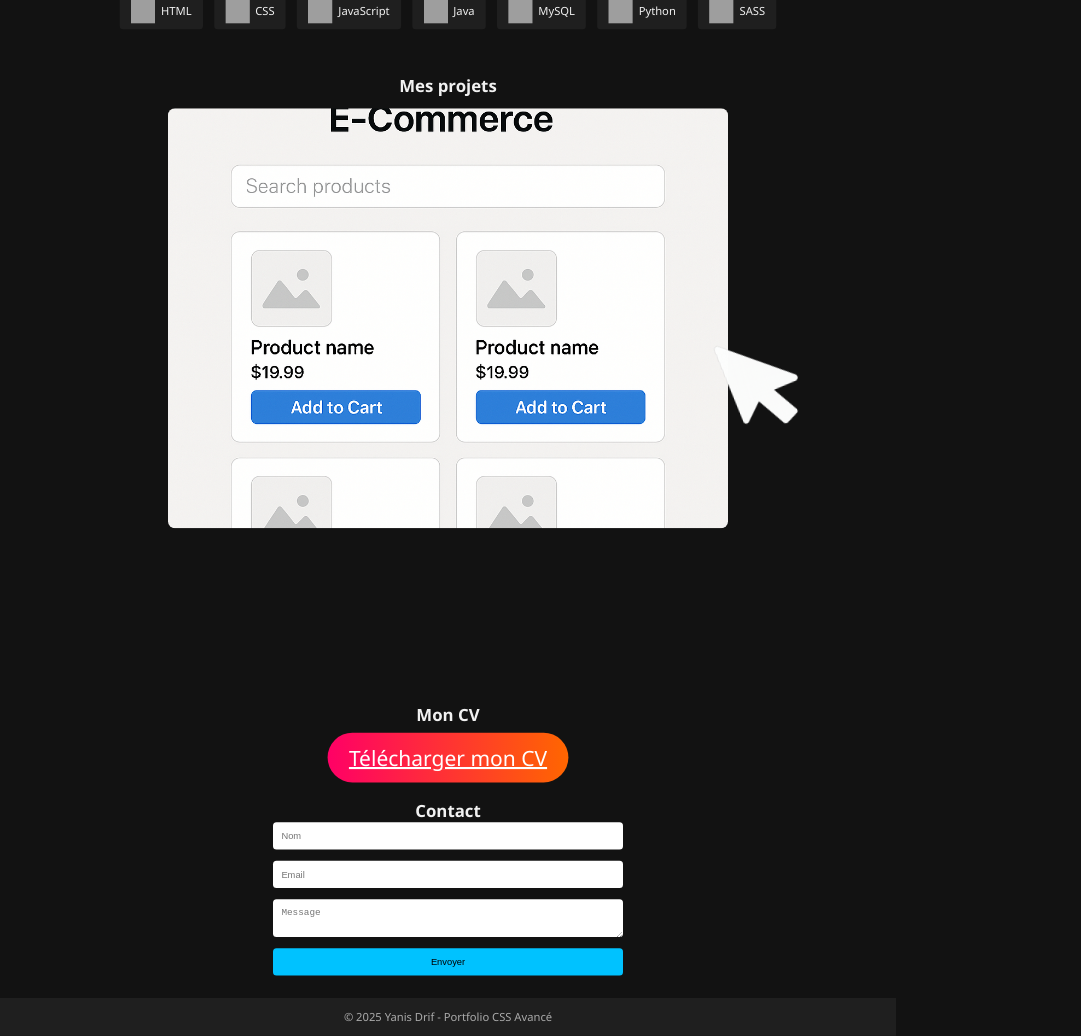
Repository: Yxniiss/ProjetCssAvance
Page: OneDrive/Bureau/Portfolio DrifYanis/home.html
An editor plug-in stored every save of this project. The page is shown before and after the next save, followed by the edit.
The browser window is 1280 px wide. The page is 1544 px wide, so the pictures cover 1544 px, including what lies to the right of the window. The pictures show the part of the page from y = 944 to 2544 px (the page is 2424 px tall before and 2544 px after), at 70% of full size.
Pictures or frames that could not be fetched are drawn as grey boxes.

Above is the page before, as saved 2025-04-10 11:39:23.
Console error: TypeError: Cannot set properties of null (setting 'textContent')

### OneDrive/Bureau/Portfolio DrifYanis/home.html
<!DOCTYPE html>
<html lang="fr">
<head>
  <meta charset="UTF-8" />
  <meta name="viewport" content="width=device-width, initial-scale=1.0" />
  <title>Portfolio - Yanis Drif</title>
  <link rel="stylesheet" href="/style.css" />
  <script defer src="/script.js"></script>
</head>
<body>
  <nav class="navbar">
    <div class="logo">Yanis Drif</div>
    <ul class="nav-links">
      <li><a href="#apropos">À propos</a></li>
      <li><a href="#projets">Projets</a></li>
      <li><a href="#cv">CV</a></li>
      <li><a href="#contact">Contact</a></li>
    </ul>
  </nav>

  <header class="hero">
    <img src="/image/IMG_0965 (2).jpeg" alt="Photo de profil" class="hero__image" />
    <div class="hero__content">
      <h1 class="hero__name">Yanis Drif</h1>
      <p class="hero__tagline">Développeur <span>Web</span> & Passionné de Data</p>
      <p class="hero__desc">Musique 🎧 | Jeux Vidéo 🎮 | Basket 🏀</p>
      <a href="#projets" class="btn">Voir mes projets</a>
    </div>
  </header>

  <section id="apropos" class="section about">
    <h2>À propos</h2>
    <p>Développeur fullstack junior passionné par le web et la data.</p>
    <div class="skills">
      <div class="skill"><img src="https://devicon-website.vercel.app/api/html5/original-wordmark.svg" alt="HTML">HTML</div>
      <div class="skill"><img src="https://devicon-website.vercel.app/api/css3/original-wordmark.svg" alt="CSS">CSS</div>
      <div class="skill"><img src="https://devicon-website.vercel.app/api/javascript/original.svg" alt="JavaScript">JavaScript</div>
      <div class="skill"><img src="https://devicon-website.vercel.app/api/java/original-wordmark.svg" alt="Java">Java</div>
      <div class="skill"><img src="https://devicon-website.vercel.app/api/mysql/plain-wordmark.svg" alt="MySQL">MySQL</div>
      <div class="skill"><img src="https://devicon-website.vercel.app/api/python/original-wordmark.svg" alt="Python">Python</div>
      <div class="skill"><img src="https://devicon-website.vercel.app/api/sass/original.svg" alt="SASS">SASS</div>
    </div>
  </section>

  <section id="projets" class="section projets">
    <h2>Mes projets</h2>
    <div class="projects carousel">
      <img src="image/ChatGPT Image 10 avr. 2025, 11_03_09.png" alt="Projet 1"/>
      <img src="/image/ChatGPT Image 10 avr. 2025, 11_09_31.png" alt="Projet 2" />
      <img src="/image/ChatGPT Image 10 avr. 2025, 11_11_38.png" alt="Projet 3" />
    </div>
    <div class="cursor2">
      <img src="/image/fecd8f8b-00be-49a2-b5b1-3fb5a8c2059e.png">
    </div>
  </section>

  <section id="cv" class="section cv">
    <h2>Mon CV</h2>
    <a href="/doc/CV Yanis (1) (1).pdf" download class="btn2">Télécharger mon CV</a>
  </section>

  <section id="contact" class="section contact">
    <h2>Contact</h2>
    <form class="contact-form">
      <input type="text" placeholder="Nom" required />
      <input type="email" placeholder="Email" required />
      <textarea placeholder="Message" required></textarea>
      <button type="submit">Envoyer</button>
    </form>
  </section>

  <footer>
    <p>&copy; 2025 Yanis Drif - Portfolio CSS Avancé</p>
  </footer>
</body>
</html>

### OneDrive/Bureau/Portfolio DrifYanis/style.css
* {
    margin: 0;
    padding: 0;
    box-sizing: border-box;
  }

  body {
    font-family: "Segoe UI", sans-serif;
    background-color: #121212;
    color: #f1f1f1;
  }


  .navbar {
    display: flex;
    justify-content: space-between;
    padding: 1rem 2rem;
    background-color: #1f1f1f;
  }

  .nav-links {
    display: flex;
    list-style: none;
    gap: 1.5rem;
  }

  .nav-links a {
    color: #00c2ff;
    text-decoration: none;
  }

  .hero {
    padding: 3rem 1rem;
    text-align: center;

  }

  .hero__name{
    position: relative;
    left: 280px;
    bottom:500px;

  }

  .hero__tagline{
    position: relative;
    left:280px;
    bottom:490px;
  }

  .hero__desc{
    position: relative;
    left:280px;
    bottom:490px;}

  .hero__image {
    border-radius: 25%;
    width: 400px;
    border: 1px solid #ffffff;
    margin-bottom: 1rem;
    position: relative;
    right:500px ;
  }

  .section {
    padding: 2rem 1rem;
    text-align: center;
  }

  .projects {
    display: flex;
    justify-content: center;
    gap: 1rem;
    flex-wrap: wrap;
    margin-top: 1rem;
  }

  .projects img {
    width: 800px;
    height: 600px;
    -o-object-fit: cover;
       object-fit: cover;
    border-radius: 10px;
  }

  .cursor2 img{
    width: 180px;
    position:relative;
    bottom:300px;
    left:450px;
    transform: rotate(-15deg);

  }

  .skills {
    display: flex;
    flex-wrap: wrap;
    gap: 1rem;
    justify-content: center;
    margin-top: 1rem;
  }

  .skill {
    display: flex;
    align-items: center;
    gap: 0.5rem;
    background-color: #1f1f1f;
    padding: 0.5rem 1rem;
    border-radius: 5px;
    transition: 0.3s ease, opacity 0.3s ease;
  }

  .skill:hover{
    transform: scale(1.2);
    opacity: 0.8;
  }

  .skill img {
    width: 35px;
    height: 35px;
  }

  footer {
    padding: 1rem;
    text-align: center;
    background-color: #1f1f1f;
    color: #aaa;
  }

  .btn {
    padding: 15px 30px;
    font-size: 30px;
    position: relative;
    left: 300px;
    bottom:150px;
    color:white;
    background: linear-gradient(90deg, #ff0066, #ff6600);
    border:none;
    border-radius: 50px;
    cursor: pointer;
    box-shadow: 0 4px 15px rgba(255,0,102,0);
    transition: box-shadow 0.3s ease, transform 0.3s ease;
  }

  .btn:hover{
    box-shadow: 0 10px 20px rgba(255,0,102,0.5);
    transform: translateY(-3px);
  }

  .btn2 {
    padding: 15px 30px;
    font-size: 30px;
    position: relative;
    left: 0px;
    top:25px;
    color:white;
    background: linear-gradient(90deg, #ff0066, #ff6600);
    border:none;
    border-radius: 50px;
    cursor: pointer;
    box-shadow: 0 4px 15px rgba(255,0,102,0);
    transition: box-shadow 0.3s ease, transform 0.3s ease;
  }

  .btn2:hover{
    box-shadow: 0 10px 20px rgba(255,0,102,0.5);
    transform: translateY(-3px);
  }


  .contact-form {
    max-width: 500px;
    margin: auto;
    display: flex;
    flex-direction: column;
    gap: 1rem;
  }

  .contact-form input,
  .contact-form textarea {
    padding: 0.75rem;
    border: none;
    border-radius: 5px;
  }

  .contact-form button {
    background-color: #00c2ff;
    color: #000;
    padding: 0.75rem;
    border: none;
    border-radius: 5px;
    cursor: pointer;
  }

  .start h1{
    text-align: left;
    margin-top: 100px;
    font-size: 35px;
    margin-left: 100px;
  }

  .start h2{
    text-align: left;
    margin-top: 1px;
    font-size: 70px;
    margin-left: 100px;
  }

  .start h3{
    text-align: left;
    margin-top: 1px;
    font-size: 35px;
    margin-left: 100px;
  }

  #mot {
    color:#00c2ff;
  }

  #cursor{
    display: inline-block;
    width: 10px;
    background-color:black;
    animation: blink 0.8s step-end infinite;
  }

  @keyframes blink{
    50% {
      opacity: 0;
    }
  }

  @keyframes typing{
    from{
      width: 0;
    }
    to{
      width: 100%;
    }
  }

  #main{
    opacity: 0;
    transform: translateY(0);
    transition: opacity 5s ease, transform 5s ease;
  }

  body.loaded #main{
    opacity: 1;
    transform: translateY(0);
  }


  .start p{
    text-align: left;
    margin-left: 100px;
    margin-top: 20px;
    font-size: 20px;
  }

  .ntwrks {
    position: absolute;
    top: 410px;
    left: 110px;
    display: flex;
    flex-wrap: wrap;
    gap: 1rem;
  }

  .ntwrk {
    display: flex;
    align-items: center;
    gap: 0.5rem;
    background-color: #1f1f1f;
    padding: 1rem 1rem;
    border-radius: 100px;
    transition: 0.3s ease, opacity 0.3s ease;
  }

  .ntwrk:hover{
    transform: scale(1.2);
    opacity: 0.8;
  }

  .ntwrk img {
    width: 30px;
    height: 30px;
  }

  .modern-button{
    background-color:#00c2ff;
    font-size: 16px;
    font-weight: bold;
    border:none;
    padding: 15px 30px;
    border-radius: 25px;
    cursor: pointer;
    outline: none;
    position: relative;
    right:550px;
    top:120px;
    animation:glow 1.5s infinite alternate;
    transition: 0.3s ease, opacity 0.3s ease;
  }

  .modern-button a{
    color:white;
    text-decoration: none;
  }

  .modern-button:hover{
    transform: scale(1.2);
    opacity: 1;
  }

  @keyframes glow{
    0%{
      box-shadow: 0 0 10px 5px rgba(0, 194, 255, 0.6), 0 0 20px 10px rgba(0, 194, 255, 0.4);
    }
    100%{
      box-shadow: 0 0 20px 10px rgba(0, 194, 255, 1), 0 0 30px 15px rgba(0, 194, 255, 0.8);
    }
  }

  .image{
    max-width: 30%;
    position: relative;
    bottom: 350px;
    left: 350px;
  }

### OneDrive/Bureau/Portfolio DrifYanis/script.js

document.addEventListener('DOMContentLoaded', () => {
    // Scroll fluide
    document.querySelectorAll('a[href^="#"]').forEach(anchor => {
      anchor.addEventListener('click', function (e) {
        e.preventDefault();
        const target = document.querySelector(this.getAttribute('href'));
        if (target) {
          target.scrollIntoView({ behavior: 'smooth' });
        }
      });
    });

    // Carrousel automatique
    const images = document.querySelectorAll('.carousel img');
    let currentIndex = 0;

    function showSlide(index) {
      images.forEach((img, i) => {
        img.style.display = i === index ? 'block' : 'none';
      });
    }

    function nextSlide() {
      currentIndex = (currentIndex + 1) % images.length;
      showSlide(currentIndex);
    }

    if (images.length > 0) {
      showSlide(currentIndex);
      setInterval(nextSlide, 3000); // change every 3 seconds
    }
  });

  const mot = ["Etudiant", "Developpeur web", "Pasionné de code","Developpeur fullstack"];
  let index = 0;
  const element = document.getElementById("mot");
  const cursor = document.getElementById("cursor");

  let typingInterval;
  let currentWord = "";
  let currentCharIndex = 0;

  function  commencerTypingAnimation(){
    currentWord=mot[index];
    currentCharIndex = 0;
    element.textContent = '';

    typingInterval = setInterval(() =>{
      element.textContent += currentWord.charAt(currentCharIndex);
      currentCharIndex++;

      if(currentCharIndex === currentWord.length){
        clearInterval(typingInterval);
        setTimeout(changerMot,1000);
      }
    },150);
  }

  function changerMot(){
    element.textContent=mot[index];
    index++;
    if(index===mot.length){
      index=0;
    }
    commencerTypingAnimation();
  }
  commencerTypingAnimation();

  window.addEventListener('load', function () {
    document.body.classList.add('loaded');
  });

After the next save:
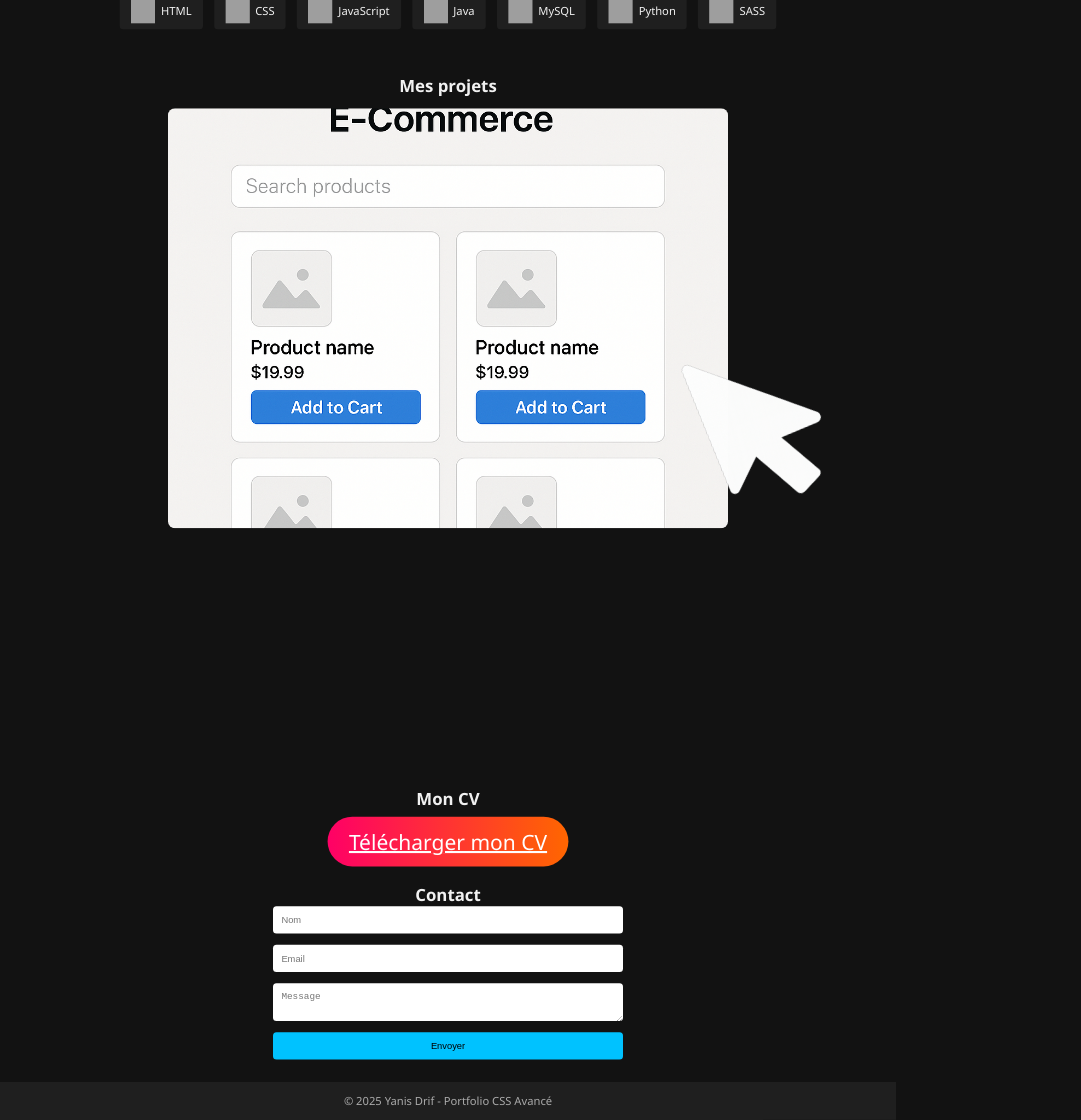
Saved 7 s later.
--- a/OneDrive/Bureau/Portfolio DrifYanis/style.css
+++ b/OneDrive/Bureau/Portfolio DrifYanis/style.css
@@ -84,7 +84,7 @@
   }
 
   .cursor2 img{
-    width: 180px;
+    width: 300px;
     position:relative;
     bottom:300px;
     left:450px;
